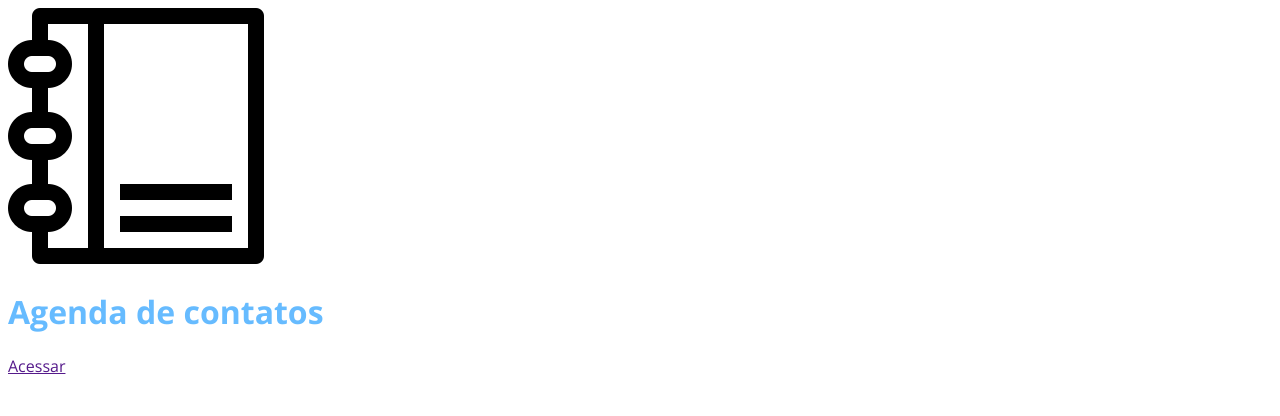
Repository: ricardolino-hub/agenda-dynamic-web-project
Page: http://localhost/Agenda/
The author's editor kept a copy of each file at every save. The page is drawn from the files as they stood at one save, then again after the next save.
The browser window is 1280 px wide. The pictures show the whole page.
The page is served by Tomcat 9. Other server files are loaded and not shown.

Above is the page before, as saved 2023-08-25 22:43:53.

### Agenda/src/main/webapp/index.html

<!DOCTYPE html>
<html lang="pt-br">
<head>
<meta charset="UTF-8">
<title>Agenda de contatos</title>
<link rel="icon" href="images/telephone.png">
<link rel="stylesheet" href="style.css">
</head>
<body>
	<img src="images/agenda.png">
	<h1>Agenda de contatos</h1>
	<a href="" class="button1">Acessar</a>
</body>
</html>

### Agenda/src/main/webapp/style.css
@charset "UTF-8";
@import url('https://fonts.googleapis.com/css2?family=Open+Sans:wght@400;700&display=swap');

body {
	font-family: 'Open Sans', sans-serif;
	font-size: 1em;
	font-weight: 400;
}

h1 {
	color: #66bbff;
}

After the next save:
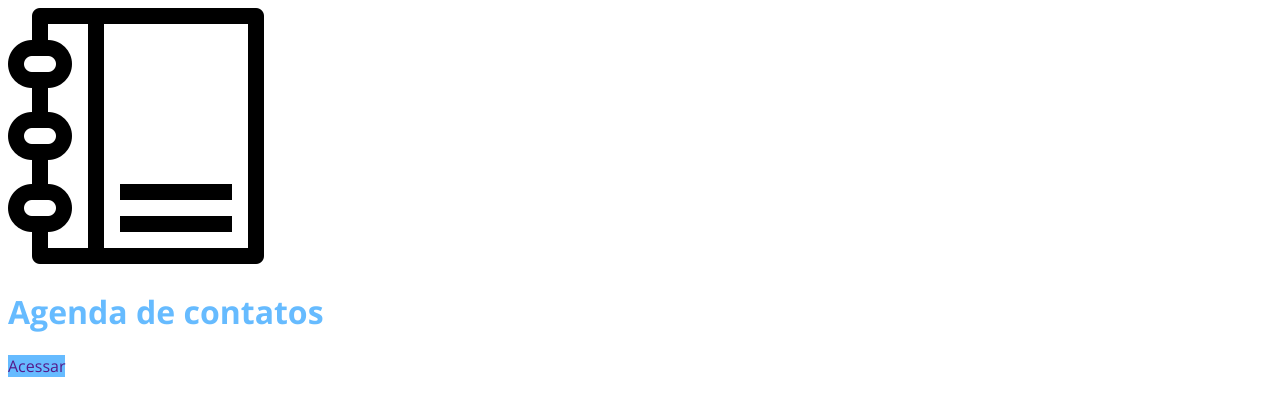
Saved 47 s later.
--- a/Agenda/src/main/webapp/style.css
+++ b/Agenda/src/main/webapp/style.css
@@ -10,3 +10,8 @@ body {
 h1 {
 	color: #66bbff;
 }
+
+.button1 {
+	text-decoration: none;
+	background-color: #66bbff;
+}
